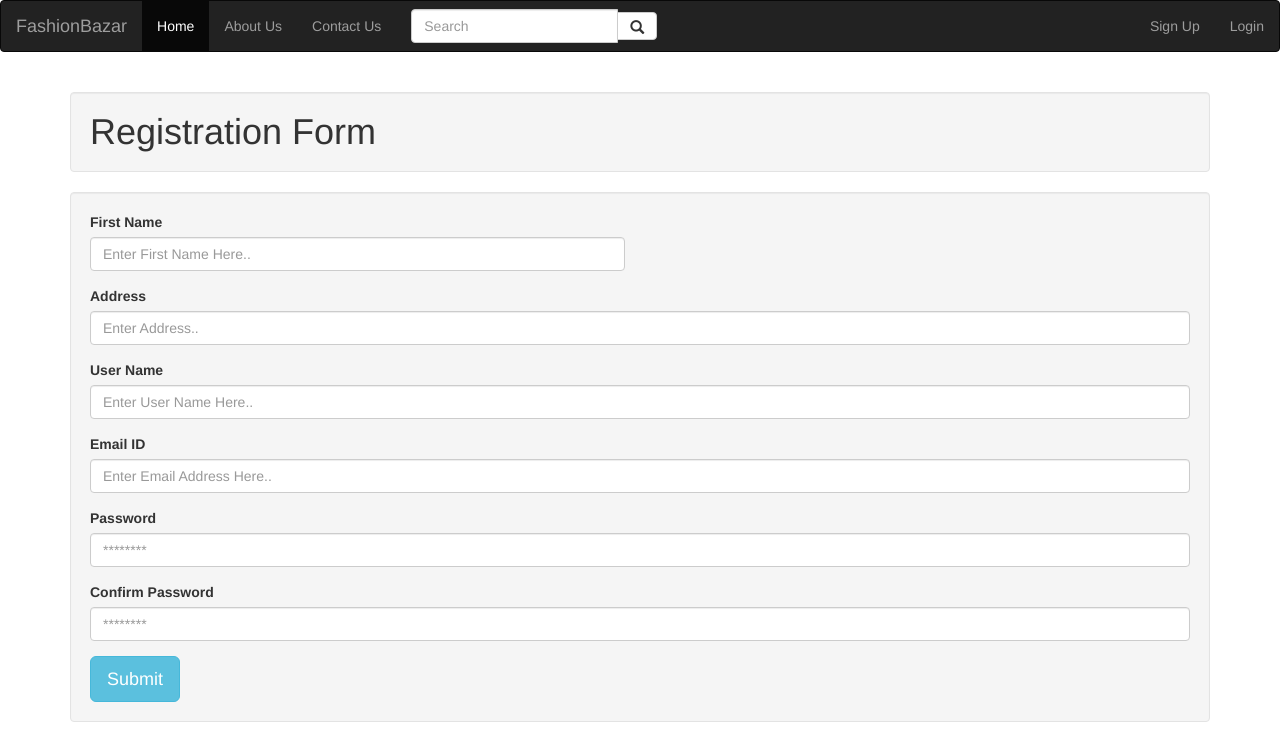
Repository: SmithaMendonca/Project-1
Page: http://localhost/FashionBazarFrontend/WEB-INF/views/Register.jsp
The author's editor kept a copy of each file at every save. The page is drawn from the files as they stood at one save, then again after the next save.
The browser window is 1280 px wide. The pictures show the whole page.
The page is served by Tomcat 9. Nobody is signed in. The template is opened directly, without the code that normally fills it, so the values that code supplies are empty.

Above is the page before, as saved 2019-06-05 13:36:51.

After the next save:
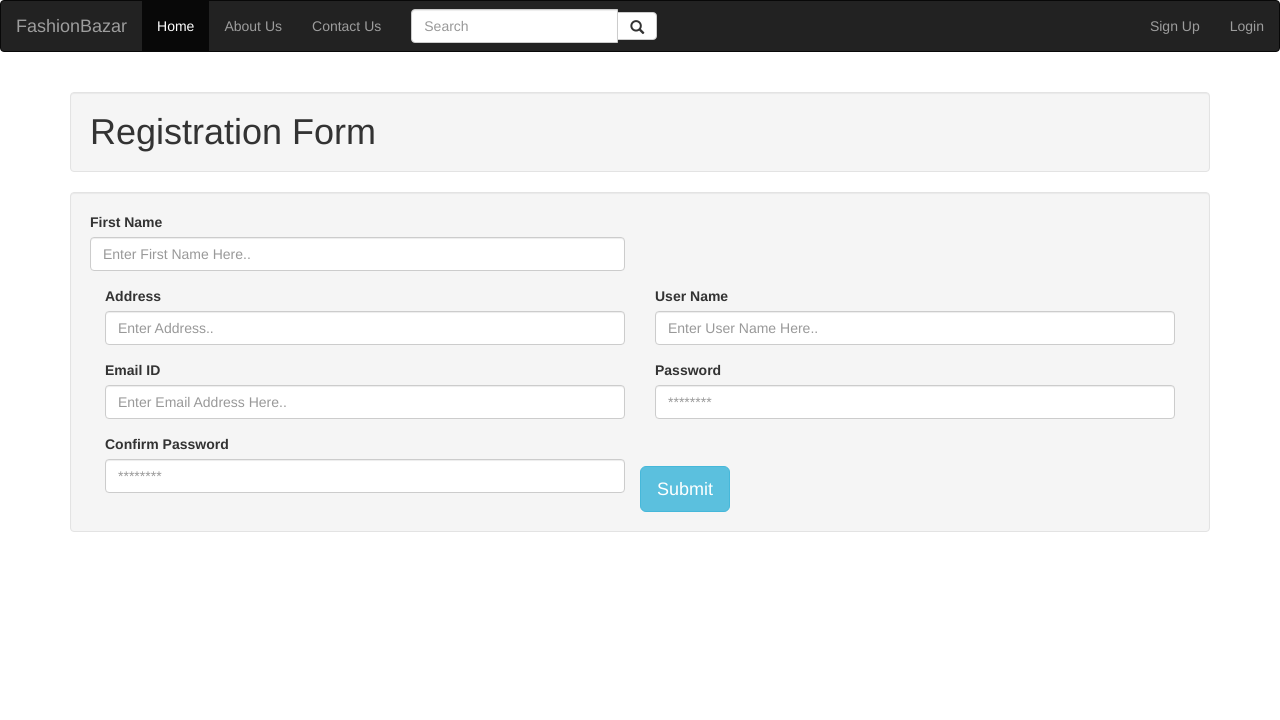
Saved 65 s later.
--- a/FashionBazarFrontend/src/main/webapp/WEB-INF/views/Register.jsp
+++ b/FashionBazarFrontend/src/main/webapp/WEB-INF/views/Register.jsp
@@ -11,31 +11,31 @@
 								<input type="text" name="customerName" placeholder="Enter First Name Here.." class="form-control">
 							</div>
 						</div>
-						<div class="form-group">
+						<div class="col-sm-6 form-group">
 							<label>Address</label>
 							<input type="text"  class="form-control" name="address" placeholder="Enter Address..">
 						</div>
-						<div class="form-group">
+						<div class="col-sm-6 form-group">
 						<label>User Name</label>
 						<input type="text" name="userName" placeholder="Enter User Name Here.." class="form-control">
 					</div>
-					<div class="form-group">
+					<div class="col-sm-6 form-group">
 						<label>Email ID</label>
 						<input type="text" name="email" placeholder="Enter Email Address Here.." class="form-control">
 					</div>
-					<div class="form-group">
+					<div class="col-sm-6 form-group">
 						<label>Password</label>
 						<input type="text"  class="form-control" name="password" placeholder="********" id="pass">
 					</div>
-					<div class="form-group">
+					<div class="col-sm-6 form-group">
 						<label>Confirm Password</label>
 						<input type="text"  class="form-control" name="confirm-password" placeholder="********" id="confirmpass">
 					</div>
-					<div class="form-group">
+					<div class="col-sm-6 form-group">
                         <input name="role" type="hidden" value="ROLE_USER"/>
                      </div>
 
-                     <div class="form-group">
+                     <div class="col-sm-6 form-group">
                           <input name="enabled" type="hidden" value="true"/>
                        </div>
 					<button type="button" class="btn btn-lg btn-info" onclick="return Validate()">Submit</button>
